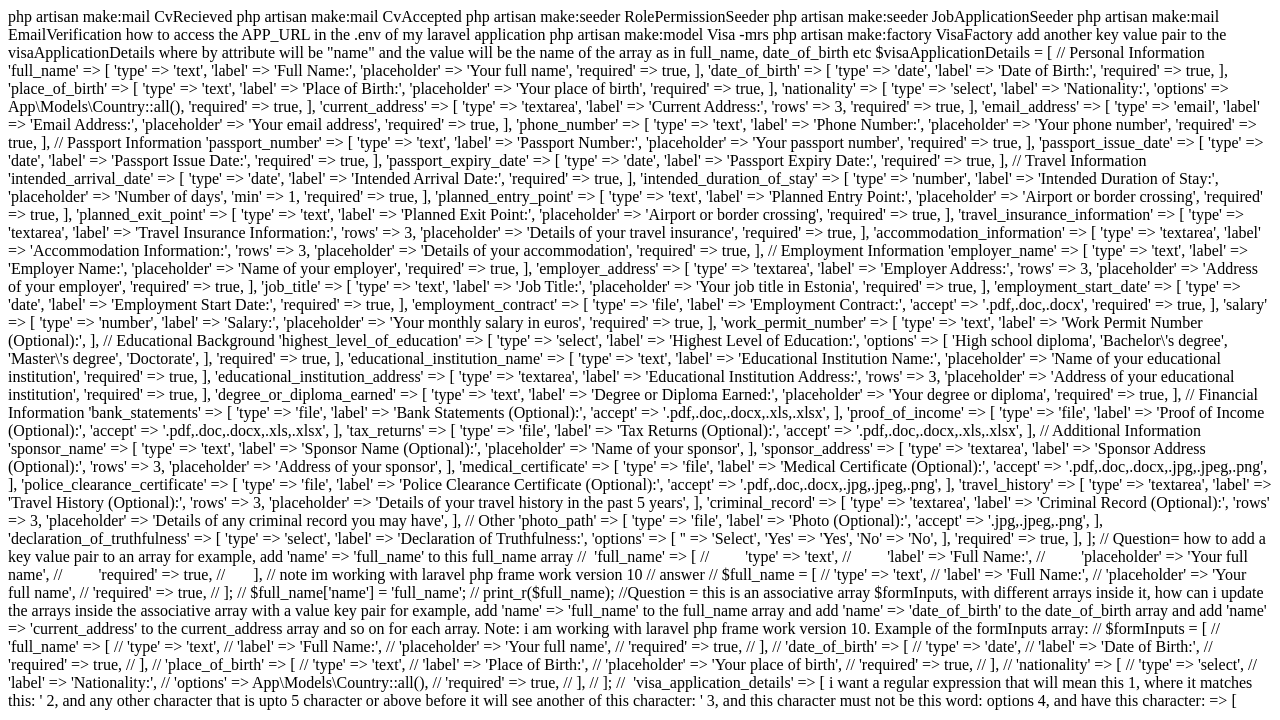
Repository: greatchriz/job
Page: project.html
These files come from the project's save history. The page is drawn as it stood at one moment and after the next save; the edit follows.
The browser window is 1280 px wide. The pictures show the whole page.

Above is the page before, as saved 2023-12-08 16:11:05.

After the next save:
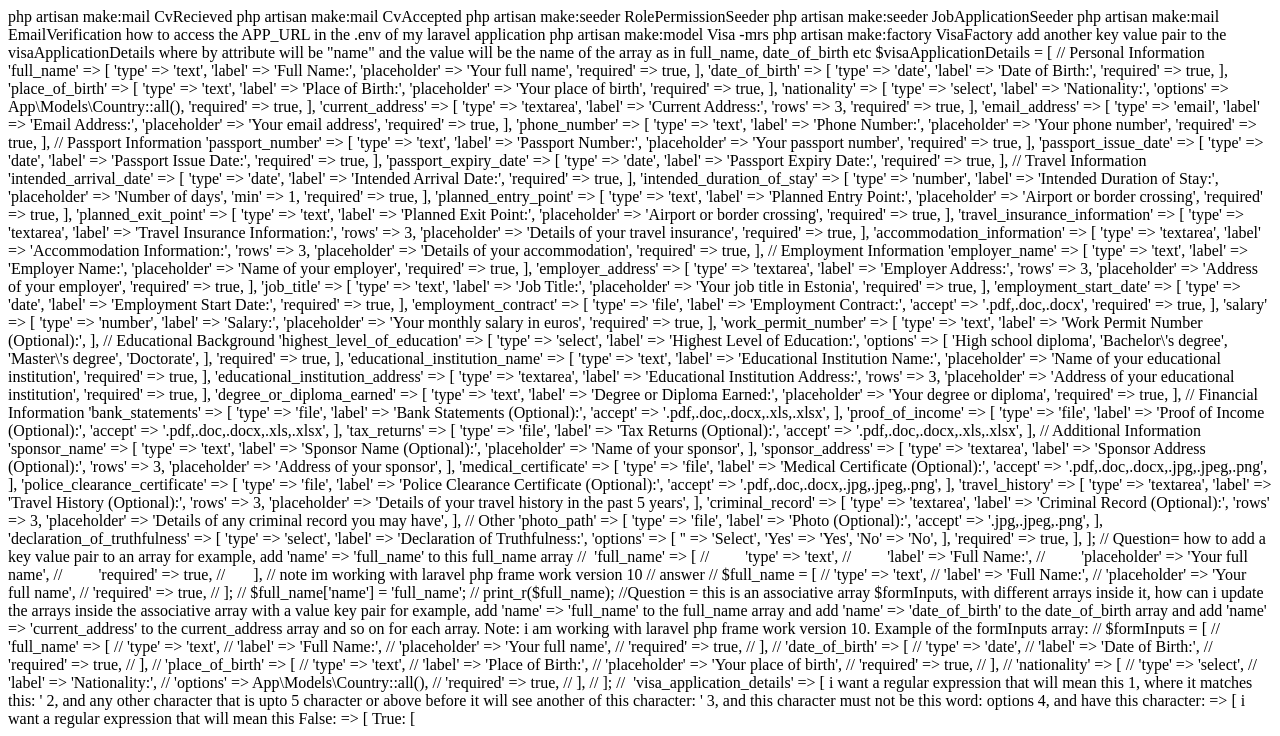
Saved 3 min 26 s later.
--- a/project.html
+++ b/project.html
@@ -326,3 +326,7 @@ i want a regular expression that will mean this
 2, and any other character that is upto 5 character or above before it will see another of this character: '
 3, and this character must not be this word: options
 4, and have this character: => [
+
+i want a regular expression that will mean this
+False: => [
+True: [
